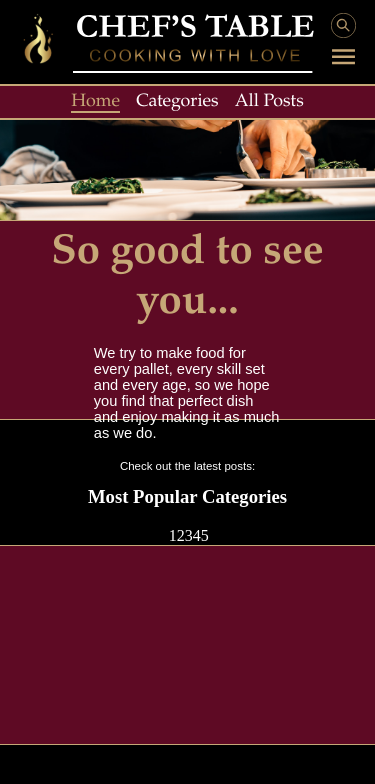
Repository: Noroff-FEU-Assignments/project-exam-1-runeunhjem
Page: index.html
These files come from the project's save history. The page is drawn as it stood at one moment and after the next save; the edit follows.
The browser window is 375 px wide. The pictures show the whole page.
The page's requests for data from a server got no answer.

Above is the page before, as saved 2023-05-01 14:17:15.

After the next save:
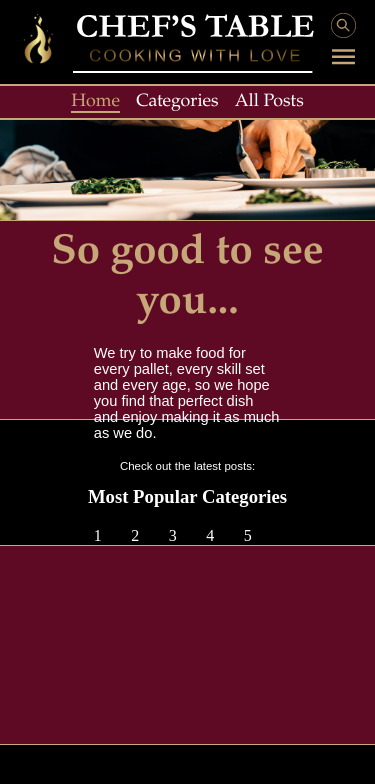
Saved 3 s later.
--- a/css/styles.css
+++ b/css/styles.css
@@ -279,6 +279,9 @@ main {
 
 .categories-container {
   display: flex;
+}
+
+.category {
   width: 10vw;
 }
 
@@ -314,4 +317,4 @@ footer {
     background-image: url(../images/hero-image.png);
     height: 100px;
   }
-}/*# sourceMappingURL=styles_20230501141715.css.map */
+}/*# sourceMappingURL=styles_20230501141718.css.map */
